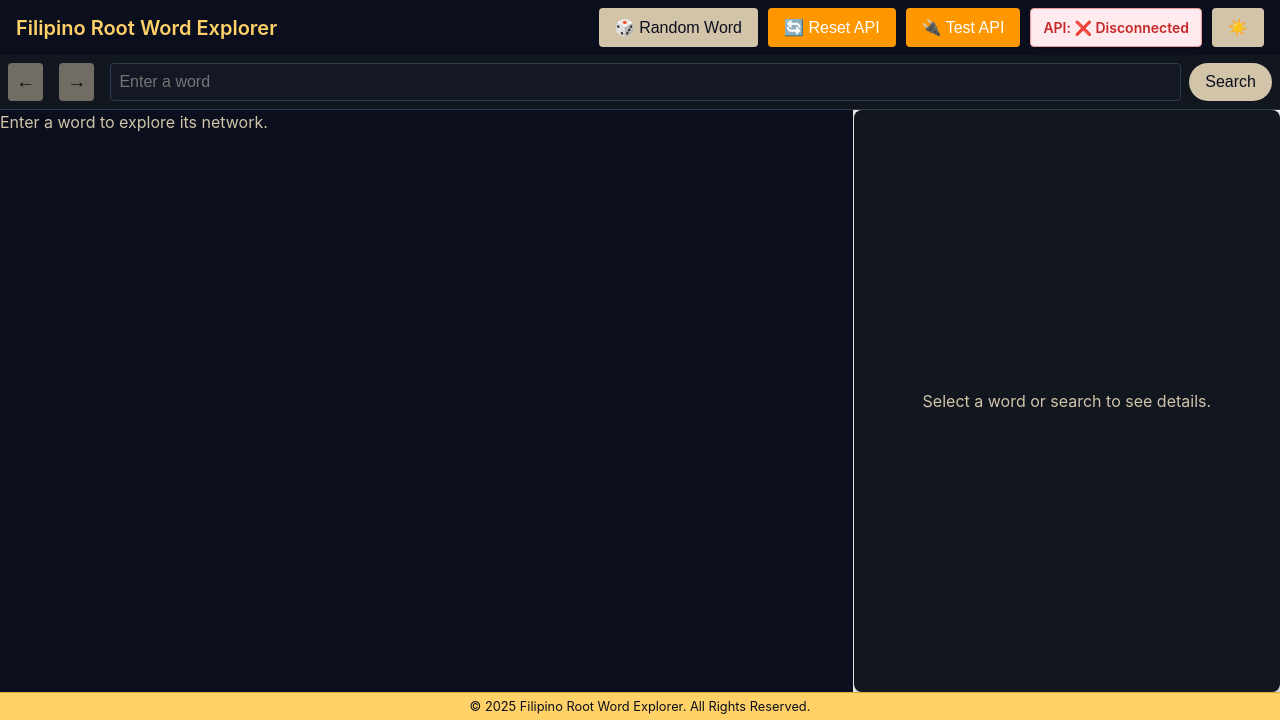
Repository: fish-and-bear/lexicon-gnn-ph
Page: /
These files come from the project's save history. The page is drawn as it stood at one moment and after the next save; the edit follows.
The browser window is 1280 px wide. The pictures show the whole page.
The page's requests for data from a server got no answer. Some web fonts or font styles are not loaded; a fallback is used. The project was rebuilt for these pictures with package versions that can differ from the ones it lists, and the page was loaded fresh each time. No one was signed in, and anything a server would have sent is missing. Also part of the build but not shown: vite.config.js, src/components/WordGraph.tsx, src/components/WordDetails.tsx, src/components/ErrorBoundary.tsx. Imported but missing from the stored project, and not drawn on this page: src/reportWebVitals.

Above is the page before, as saved 2025-04-12 15:50:11.

### public/index.html
<!DOCTYPE html>
<html lang="en">
  <head>
    <meta charset="utf-8" />
    <meta name="viewport" content="width=device-width, initial-scale=1" />
    <meta name="description" content="Explore the roots and relationships of Filipino words with our interactive Word Explorer." />

    <!-- Open Graph Meta Tags for Social Media Embedding -->
    <meta property="og:title" content="Filipino Root Word Explorer" />
    <meta property="og:description" content="Discover the intricate relationships and origins of Filipino words." />
    <meta property="og:image" content="/logo512.png" />
    <meta property="og:url" content="https://explorer.hapinas.net/" />
    <meta property="og:type" content="website" />

    <!-- Twitter Card Meta Tags -->
    <meta name="twitter:card" content="summary_large_image" />
    <meta name="twitter:title" content="Filipino Root Word Explorer" />
    <meta name="twitter:description" content="Explore the intricate relationships and origins of Filipino words with our interactive Word Explorer." />
    <meta name="twitter:image" content="/logo512.png" />

    <!-- Favicon and App Icons -->
    <link rel="icon" href="/logo512.png" />
    <link rel="apple-touch-icon" href="/logo512.png" />

    <!-- Fonts -->
    <link href="https://fonts.googleapis.com/css2?family=Playfair+Display:ital,wght@0,400;0,700;1,400&display=swap" rel="stylesheet">
    <link href="https://fonts.googleapis.com/css2?family=Roboto:wght@400;700&display=swap" rel="stylesheet">

    <!-- Manifest -->
    <link rel="manifest" href="/manifest.json" />

    <!-- Title -->
    <title>Filipino Root Word Explorer</title>
  </head>
  <body>
    <div id="root"></div>
  </body>
</html>

### src/index.tsx
import React from 'react';
import ReactDOM from 'react-dom/client';
import './styles/global.css';
import App from './App';
import reportWebVitals from './reportWebVitals';
import { resetCircuitBreaker } from './api/wordApi';

// Reset circuit breaker on application start
try {
  resetCircuitBreaker();
  console.log('Circuit breaker state cleared on startup');
} catch (e) {
  console.error('Error clearing circuit breaker state:', e);
}

const root = ReactDOM.createRoot(
  document.getElementById('root') as HTMLElement
);
root.render(
  <React.StrictMode>
    <App />
  </React.StrictMode>
);

// If you want to start measuring performance in your app, pass a function
// to log results (for example: reportWebVitals(console.log))
// or send to an analytics endpoint. Learn more: https://bit.ly/CRA-vitals
reportWebVitals();

### src/App.tsx
import React from 'react';
import WordExplorer from '../src/components/WordExplorer';
import { ThemeProvider } from '../src/contexts/ThemeContext';
import ErrorBoundary from '../src/components/ErrorBoundary';
import { BrowserRouter } from 'react-router-dom';
import './App.css';

const App: React.FC = () => {
  return (
    <ErrorBoundary>
      <BrowserRouter>
        <ThemeProvider>
          <div className="app">
            <WordExplorer />
          </div>
        </ThemeProvider>
      </BrowserRouter>
    </ErrorBoundary>
  );
};

export default App;

### src/contexts/ThemeContext.tsx
import React, { createContext, useContext, useState, useEffect, ReactNode } from 'react';

// Define the types for your context
interface ThemeContextType {
  theme: string;
  toggleTheme: () => void;
}

// Create the context with default values
const ThemeContext = createContext<ThemeContextType | undefined>(undefined);

export const ThemeProvider: React.FC<{ children: ReactNode }> = ({ children }) => {
  // Check localStorage for saved theme, otherwise default to dark theme
  const [theme, setTheme] = useState(() => {
    const savedTheme = localStorage.getItem('theme');
    return savedTheme || 'dark'; // Default to dark theme
  });

  // Update localStorage and document body class when theme changes
  useEffect(() => {
    localStorage.setItem('theme', theme);
    document.body.className = theme;

    // Add a class to HTML element for broader CSS targeting if needed
    document.documentElement.className = theme;
  }, [theme]);

  const toggleTheme = () => {
    setTheme((prevTheme) => (prevTheme === 'light' ? 'dark' : 'light'));
  };

  return (
    <ThemeContext.Provider value={{ theme, toggleTheme }}>
      <div className={theme}>{children}</div>
    </ThemeContext.Provider>
  );
};

// Custom hook to use the ThemeContext
export const useTheme = () => {
  const context = useContext(ThemeContext);
  if (!context) {
    throw new Error('useTheme must be used within a ThemeProvider');
  }
  return context;
};

// Export the ThemeContext for direct access if needed
export { ThemeContext };

// Optionally, export a toggle button component for convenience
export const ThemeToggleButton: React.FC = () => {
  const { theme, toggleTheme } = useTheme();

  return (
    <button onClick={toggleTheme}>
      Switch to {theme === 'light' ? 'dark' : 'light'} mode
    </button>
  );
};

### src/App.css
.app {
  margin: 0;
  padding: 0;
  font-family: 'Inter', sans-serif;
  background-color: var(--bg-color);
  color: var(--text-color);
}

### src/components/WordExplorer.css
:root {
  --bg-color: #f8f9fa;
  --text-color: #1d3557;
  --primary-color: #1d3557;
  --secondary-color: #e63946;
  --accent-color: #fca311;
  --gold: #d4af37;
  --card-bg-color: #ffffff;
  --card-border-color: #e6e8eb;
  --input-bg-color: #ffffff;
  --input-border-color: #d1d5db;
  --button-color: #1d3557;
  --button-text-color: #ffffff;
  --graph-bg-color: #f1f5f9;
  --color-main: #1d3557;
  --color-derivative: #457b9d;
  --color-etymology: #2a9d8f;
  --color-root: #e63946;
  --color-associated: #fca311;
  --color-default: #6c757d;
  --node-text-color: #1d3557;
  --link-color: #1d3557;
  --selected-node-border-color: #e6e8eb;
  --card-bg-color-rgb: 255, 255, 255; /* for light theme */
}

.dark {
  --bg-color: #0b0f1d;
  --header-color: #0b0f1d;
  --footer-color: #0b0f1d;
  --text-color: #d1c4a9;
  --text-color-white: #e0e4f5;
  --primary-color: #ffd166;
  --secondary-color: #b82e3d;
  --accent-color: #e09f3e;
  --gold: #d4af37;
  --red: #e63946;
  --source-color: #4a6fa5;
  --card-bg-color: #12161f;
  --card-border-color: #2e3a4e;
  --input-bg-color: #141824;
  --definition-bg-color: #151a28;
  --input-border-color: #2e3a4e;
  --button-color: var(--text-color);
  --button-text-color: #0b0f1d;
  --graph-bg-color: #202636;
  --link-color: #5c7a99;
  --color-main: #1d3557;
  --color-derivative: #457b9d;
  --color-etymology: #2a9d8f;
  --color-root: #e63946;
  --color-associated: #fca311;
  --color-default: #6c757d;
  --node-text-color: #e0e0e0;
  --selected-node-border-color: var(--text-color);
  --card-bg-color-rgb: 18, 22, 31; /* for dark theme */
}

body, html {
  margin: 0;
  padding: 0;
  font-family: 'Inter', sans-serif;
  background-color: var(--bg-color);
  color: var(--text-color);
  height: 100vh;
  overflow: hidden;
}

.word-explorer {
  display: flex;
  flex-direction: column;
  height: 100vh;
}

.header-content {
  display: flex;
  justify-content: space-between;
  align-items: center;
  padding: 0.5rem 1rem;
  background-color: var(--primary-color);
  color: var(--bg-color);
}

.dark .header-content {
  background-color: var(--header-color);
  color: var(--primary-color);
}

h1 {
  font-size: 1.25rem;
  font-weight: 600;
  margin: 0;
}

main {
  display: flex;
  flex: 1;
  overflow: hidden;
}

.graph-container {
  flex: 2;
  min-width: 0;
  display: flex;
  flex-direction: column;
  overflow: hidden;
}

.graph-content {
  flex: 1;
  position: relative;
  overflow: hidden;
}

.details-container {
  flex: 1;
  min-width: 0;
  padding: 0;
  overflow-y: auto;
  background-color: white;
  border-left: 1px solid rgba(0, 0, 0, 0.1);
  color: var(--text-color);
}

.no-word-selected {
  display: flex;
  flex-direction: column;
  align-items: center;
  justify-content: center;
  height: 100%;
  text-align: center;
  color: var(--text-secondary-color);
  padding: 2rem;
  background-color: var(--card-bg-color);
  border-radius: var(--radius-md);
  box-shadow: var(--card-shadow);
}

.no-word-selected p {
  margin-bottom: 1rem;
  font-size: 1.1rem;
}

.word-details h2 {
  color: var(--secondary-color);
  padding-bottom: 0.25rem;
}

.definition-card {
  background-color: var(--definition-bg-color);
  border: 1px solid var(--card-border-color);
  border-radius: 4px;
  padding: 0.75rem;
  margin-bottom: 1rem;
}

.definition-card h3 {
  color: var(--secondary-color);
  margin-top: 0;
  margin-bottom: 0.5rem;
}

.definition-card ol {
  padding-left: 1.25rem;
  margin-bottom: 0.5rem;
}

.definition-card ol > li {
  margin-bottom: 0.5rem;
  line-height: 1.4;
}

.definition-card .source {
  font-size: 0.8rem;
  color: var(--accent-color);
  font-style: italic;
  display: block;
  margin-top: 0.25rem;
}

.dark .definition-card .source {
  color: var(--link-color);
}

.word-list {
  list-style-type: none;
  padding: 0;
  display: flex;
  flex-wrap: wrap;
  gap: 0.5rem;
  margin-top: 0.75rem;
}

.word-list li {
  background-color: var(--input-bg-color);
  padding: 0.25rem 0.75rem;
  border-radius: 15px;
  font-size: 0.9rem;
  border: 1px solid var(--accent-color);
}

.dark .word-list li {
  border: 1px solid var(--color-root);
}

.search-container {
  display: flex;
  align-items: stretch;
  gap: 0.5rem;
  padding: 0.5rem;
  background-color: var(--card-bg-color);
  border-bottom: 1px solid var(--card-border-color);
}

.search-input-container {
  position: relative;
  flex-grow: 1;
  display: flex;
}

.search-input {
  width: 100%;
  padding: 12px 16px;
  font-size: 16px;
  border: 2px solid #ddd;
  border-radius: 24px;
  transition: all 0.3s ease;
}

.search-input:focus {
  outline: none;
  border-color: #4a90e2;
  box-shadow: 0 0 0 3px rgba(74, 144, 226, 0.3);
}

.search-button {
  padding: 0.5rem 1rem;
  font-size: 1rem;
  background-color: var(--button-color);
  color: var(--button-text-color);
  border: none;
  border-radius: 24px;
  cursor: pointer;
  transition: background-color 0.3s, transform 0.1s;
  height: 100%;
  align-self: stretch;
}

.search-button:hover {
  background-color: var(--primary-color);
}

.search-button:active {
  transform: scale(0.95);
}

.search-suggestions {
  position: absolute;
  top: 100%;
  left: 0;
  right: 0;
  background-color: var(--input-bg-color);
  border: 1px solid var(--input-border-color);
  border-top: none;
  max-height: 200px;
  overflow-y: auto;
  z-index: 1000;
  list-style-type: none;
  padding: 0;
  margin: 0;
  display: block;
  box-shadow: 0 4px 6px rgba(0, 0, 0, 0.1);
}

.search-suggestions li {
  padding: 10px;
  cursor: pointer;
  color: var(--text-color);
}

.search-suggestions li:hover {
  background-color: var(--accent-color);
  color: var(--bg-color);
}

.word-explorer.dark .search-suggestions {
  background-color: var(--card-bg-color);
  border-color: var(--card-border-color);
}

.word-explorer.dark .search-suggestions li:hover {
  background-color: var(--primary-color);
}

.search-loading {
  position: absolute;
  right: 16px;
  top: 50%;
  transform: translateY(-50%);
  color: #888;
}

@media (max-width: 768px) {
  .header-content {
    flex-direction: column;
    align-items: flex-start;
    gap: 0.5rem;
  }

  .search-container {
    flex-direction: column;
    align-items: stretch;
  }

  .search-input {
    font-size: 14px;
    padding: 10px 14px;
  }

  .search-suggestions li {
    padding: 10px 14px;
  }

  input[type="text"], button {
    width: 100%;
  }

  .word-details h2 {
    font-size: 1.3rem;
  }

  .definition-card {
    padding: 0.5rem;
  }

  .definition-card h3 {
    font-size: 1rem;
  }

  .word-list li {
    font-size: 0.8rem;
    padding: 0.2rem 0.4rem;
  }
}

input[type="text"] {
  flex: 1;
  padding: 0.5rem;
  font-size: 1rem;
  border: 1px solid var(--input-border-color);
  border-radius: 4px;
  background-color: var(--input-bg-color);
  color: var(--text-color);
}

button {
  padding: 0.5rem 1rem;
  font-size: 1rem;
  background-color: var(--button-color);
  color: var(--button-text-color);
  border: none;
  border-radius: 4px;
  cursor: pointer;
  transition: background-color 0.3s, transform 0.1s;
}

button:active {
  transform: scale(0.95);
}

button:hover {
  background-color: var(--primary-color);
}

.controls-container {
  display: flex;
  flex-wrap: wrap;
  justify-content: space-between;
  align-items: center;
  padding: 1rem;
  background-color: var(--card-bg-color);
  border-top: 1px solid var(--card-border-color);
  gap: 1rem;
}

.zoom-button, .reset-button {
  padding: 0.25rem 0.5rem;
  font-size: 0.9rem;
  background-color: var(--button-color);
  color: var(--button-text-color);
  border: none;
  border-radius: 4px;
  cursor: pointer;
  text-transform: uppercase;
  letter-spacing: 1px;
}

.graph-controls {
  display: flex;
  flex-wrap: wrap;
  gap: 2rem;
  flex-grow: 1;
  padding: 0.5rem;
}

.slider-container {
  display: flex;
  flex-direction: column;
  flex-grow: 1;
  min-width: 200px;
  max-width: 400px;
  padding: 0.5rem;
  background-color: var(--card-bg-color);
  border-radius: 8px;
  transition: all 0.2s ease;
}

.slider-container:hover {
  box-shadow: 0 2px 8px rgba(var(--card-bg-color-rgb), 0.1);
}

/* Dark theme adjustments */
.dark .slider-container {
  background-color: var(--card-bg-color);
  border: 1px solid var(--card-border-color);
}

.dark .slider-container:hover {
  border-color: var(--primary-color);
}

/* Responsive adjustments */
@media (max-width: 768px) {
  .controls-container {
    padding: 0.5rem;
  }

  .graph-controls {
    gap: 1rem;
  }

  .slider-container {
    min-width: 150px;
  }
}

.footer {
  background-color: var(--text-color);
  color: var(--bg-color);
  text-align: center;
  padding: 0.25rem;
  font-size: 0.8rem;
  border-top: 1px solid var(--accent-color);
}

.dark .footer {
  background-color: var(--primary-color);
  color: var(--bg-color);
  border-top: 1px solid var(--gold);
}

.history-button {
  padding: 0.5rem;
  font-size: 1.2rem;
  background-color: var(--button-color);
  color: var(--button-text-color);
  border: none;
  border-radius: 4px;
  cursor: pointer;
  margin-right: 0.5rem;
  transition: opacity 0.3s ease;
}

.history-button:disabled {
  opacity: 0.5;
  cursor: not-allowed;
}

@media (max-width: 1024px) {
  .word-explorer {
    height: auto;
    min-height: 100vh;
  }

  main {
    flex-direction: column;
  }

  .graph-container {
    height: 50vh;
  }
}

@media (max-width: 480px) {
  h1 {
    font-size: 1.1rem;
  }

  .theme-toggle, .history-button {
    padding: 0.25rem;
    font-size: 0.8rem;
  }

  .word-details h2 {
    font-size: 1.2rem;
  }

  .definition-card h3 {
    font-size: 0.9rem;
  }

  .word-list li {
    font-size: 0.7rem;
    padding: 0.1rem 0.3rem;
  }

  .footer {
    font-size: 0.7rem;
    padding: 0.4rem;
  }
}

.loading-indicator {
  display: inline-block;
  width: 1rem;
  height: 1rem;
  border: 2px solid var(--button-text-color);
  border-radius: 50%;
  border-top-color: transparent;
  animation: spin 1s linear infinite;
  margin-left: 0.5rem;
}

@keyframes spin {
  0% { transform: rotate(0deg); }
  100% { transform: rotate(360deg); }
}

.loading-spinner {
  display: flex;
  flex-direction: column;
  align-items: center;
  justify-content: center;
  height: 100%;
  text-align: center;
  color: var(--text-secondary-color);
  padding: 2rem;
  background-color: var(--card-bg-color);
  border-radius: var(--radius-md);
  box-shadow: var(--card-shadow);
  font-size: 1.1rem;
}

.loading-spinner::before {
  content: "";
  width: 40px;
  height: 40px;
  margin-bottom: 1rem;
  border: 4px solid var(--card-border-color);
  border-top: 4px solid var(--accent-color);
  border-radius: 50%;
  animation: spin 1s linear infinite;
}

@keyframes spin {
  0% { transform: rotate(0deg); }
  100% { transform: rotate(360deg); }
}

/* Note: The word-details-container class is defined in global.css */

/* Word Content Tabs */
.word-content-tabs {
  display: flex;
  flex-wrap: wrap;
  gap: 0.5rem;
  padding: 0.75rem 1rem;
  background-color: #f8f9fa;
  border-bottom: 1px solid rgba(0, 0, 0, 0.08);
}

.tab-button {
  padding: 0.5rem 1rem;
  background-color: transparent;
  color: var(--text-color);
  border: 1px solid rgba(0, 0, 0, 0.08);
  border-radius: 0.5rem;
  cursor: pointer;
  font-size: 0.875rem;
  font-weight: 500;
  transition: all 0.2s ease;
  display: flex;
  align-items: center;
  gap: 0.5rem;
}

.tab-button:hover {
  background-color: #f1f5f9;
  transform: translateY(-1px);
}

.tab-button.active {
  background-color: var(--accent-color, #fca311);
  color: white;
  border-color: var(--accent-color, #fca311);
}

.tab-icon {
  font-size: 1.1em;
}

.word-content {
  padding: 1.5rem;
}

/* Fix for empty state */
.empty-state {
  display: flex;
  flex-direction: column;
  align-items: center;
  justify-content: center;
  padding: 2rem;
  text-align: center;
  background-color: rgba(0, 0, 0, 0.01);
  border-radius: 0.5rem;
  border: 1px dashed rgba(0, 0, 0, 0.1);
  margin: 1rem 0;
}

.empty-state p {
  margin-bottom: 1rem;
  color: var(--text-secondary, #6c757d);
}

.fetch-network-button {
  padding: 0.5rem 1rem;
  background-color: var(--accent-color, #fca311);
  color: white;
  border: none;
  border-radius: 0.25rem;
  cursor: pointer;
  font-weight: 500;
  transition: all 0.2s ease;
}

.fetch-network-button:hover {
  background-color: var(--accent-color-dark, #e76f51);
  transform: translateY(-1px);
}

Loaded but not shown: src/components/WordExplorer.tsx (1280 lines, source omitted); src/styles/global.css (1694 lines, source omitted); src/api/wordApi.ts (1084 lines, source omitted); src/utils/caching.ts (273 lines, source omitted); src/components/WordGraph.css (393 lines, source omitted)

After the next save:
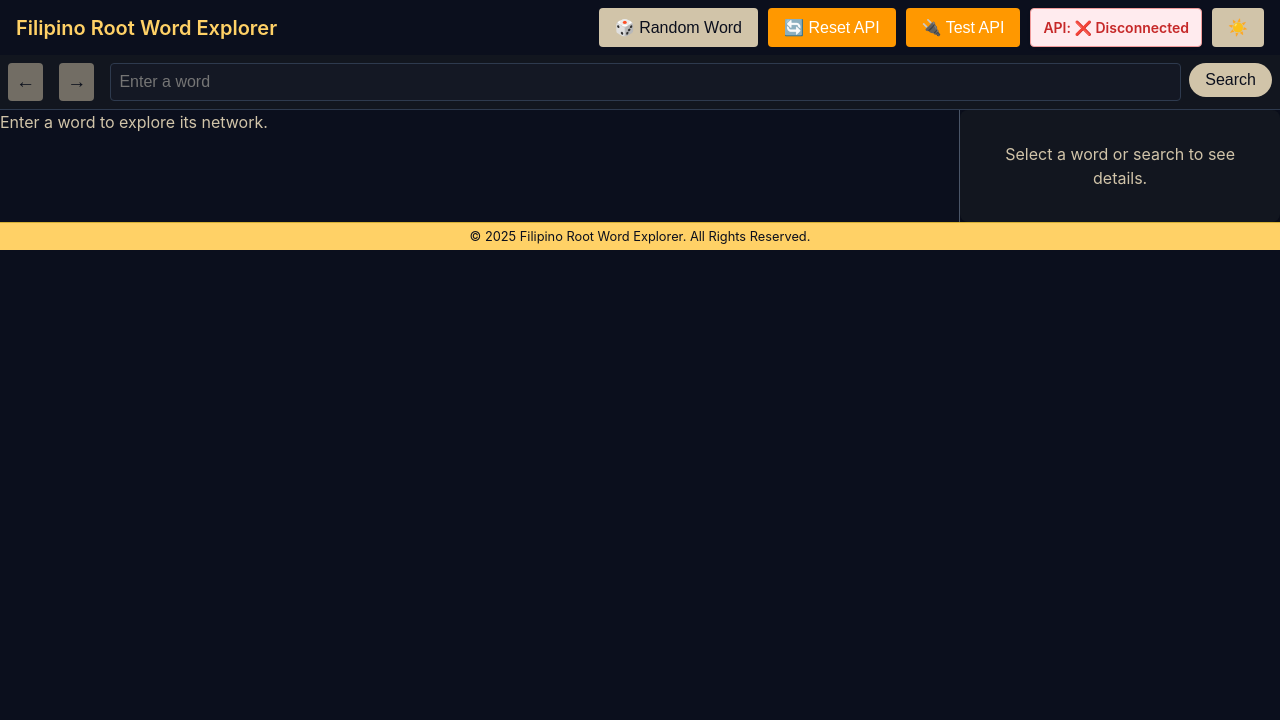
Saved 15 s later.
--- a/src/components/WordExplorer.css
+++ b/src/components/WordExplorer.css
@@ -66,10 +66,12 @@ body, html {
   overflow: hidden;
 }
 
-.word-explorer {
+.word-explorer-container {
   display: flex;
   flex-direction: column;
   height: 100vh;
+  width: 100%;
+  overflow: hidden;
 }
 
 .header-content {
@@ -96,13 +98,14 @@ main {
   display: flex;
   flex: 1;
   overflow: hidden;
+  min-height: 0;
 }
 
 .graph-container {
   flex: 2;
-  min-width: 0;
-  display: flex;
-  flex-direction: column;
+  min-width: 500px;
+  position: relative;
+  height: 100%;
   overflow: hidden;
 }
 
@@ -114,12 +117,11 @@ main {
 
 .details-container {
   flex: 1;
-  min-width: 0;
-  padding: 0;
+  min-width: 300px;
+  max-width: 600px;
+  border-left: 1px solid var(--border-color);
   overflow-y: auto;
-  background-color: white;
-  border-left: 1px solid rgba(0, 0, 0, 0.1);
-  color: var(--text-color);
+  background: var(--background-color);
 }
 
 .no-word-selected {
@@ -647,3 +649,37 @@ button:hover {
   background-color: var(--accent-color-dark, #e76f51);
   transform: translateY(-1px);
 }
+
+/* Responsive adjustments */
+@media (min-width: 1200px) {
+  .graph-container {
+    flex: 3;
+  }
+}
+
+@media (min-width: 1600px) {
+  .graph-container {
+    flex: 4;
+  }
+}
+
+@media (max-width: 900px) {
+  main {
+    flex-direction: column;
+  }
+
+  .graph-container {
+    flex: 1;
+    min-width: 100%;
+    height: 60vh;
+  }
+
+  .details-container {
+    flex: none;
+    min-width: 100%;
+    max-width: none;
+    height: 40vh;
+    border-left: none;
+    border-top: 1px solid var(--border-color);
+  }
+}
